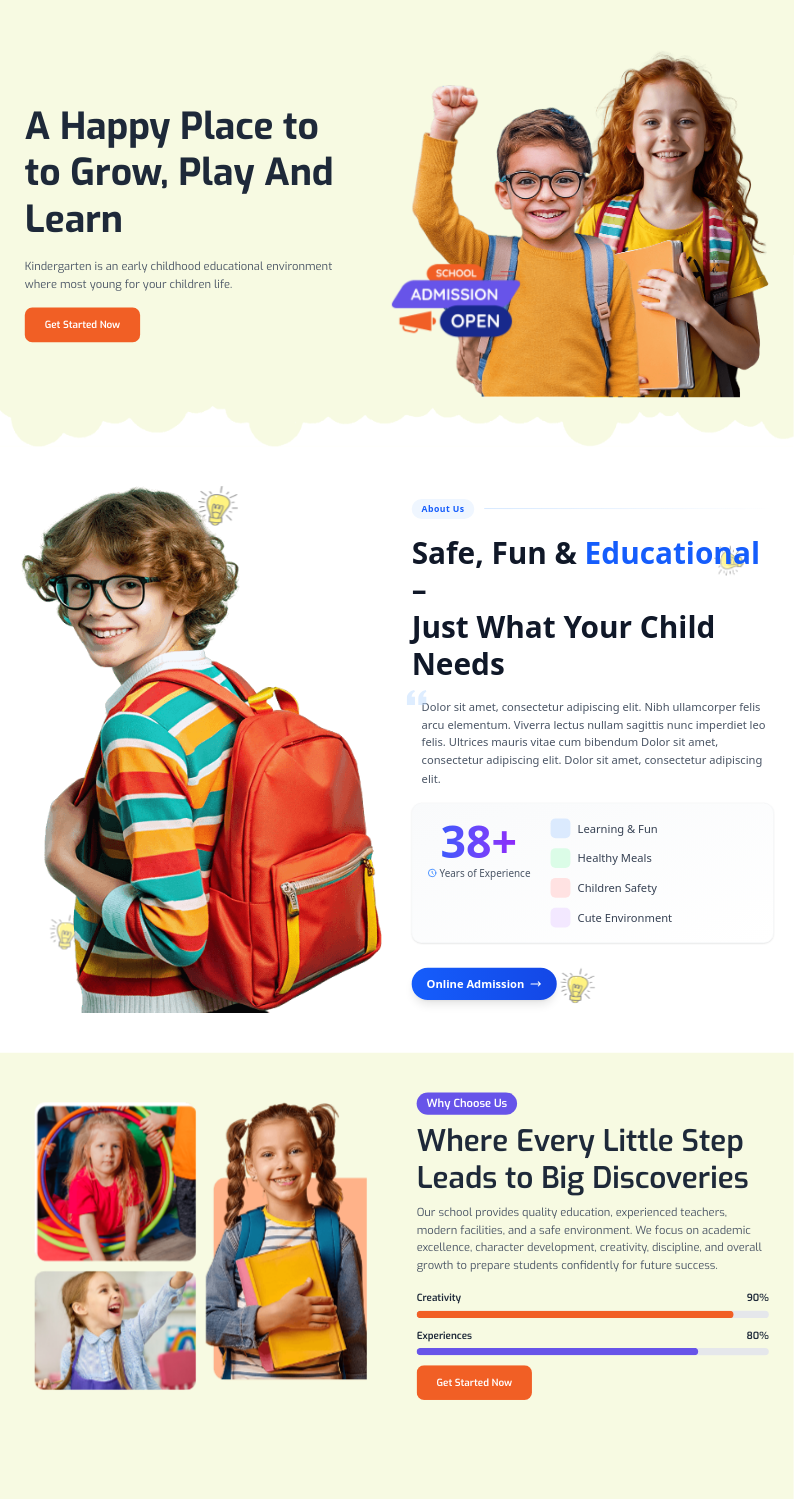
Repository: deepak445566/school
Page: / (app in okwork/)
An editor plug-in stored every save of this project. The page is shown before and after the next save, followed by the edit.
The browser window is 1280 px wide. The pictures show the whole page, at 62% of full size.
Some web fonts or font styles are not loaded; a fallback is used. The project was rebuilt for these pictures with package versions that can differ from the ones it lists, and the page was loaded fresh each time. Some packages were replaced by stand-ins written for this rebuild. Also part of the build but not shown: okwork/vite.config.js.

Above is the page before, as saved 2026-02-18 19:01:21.

After the next save:
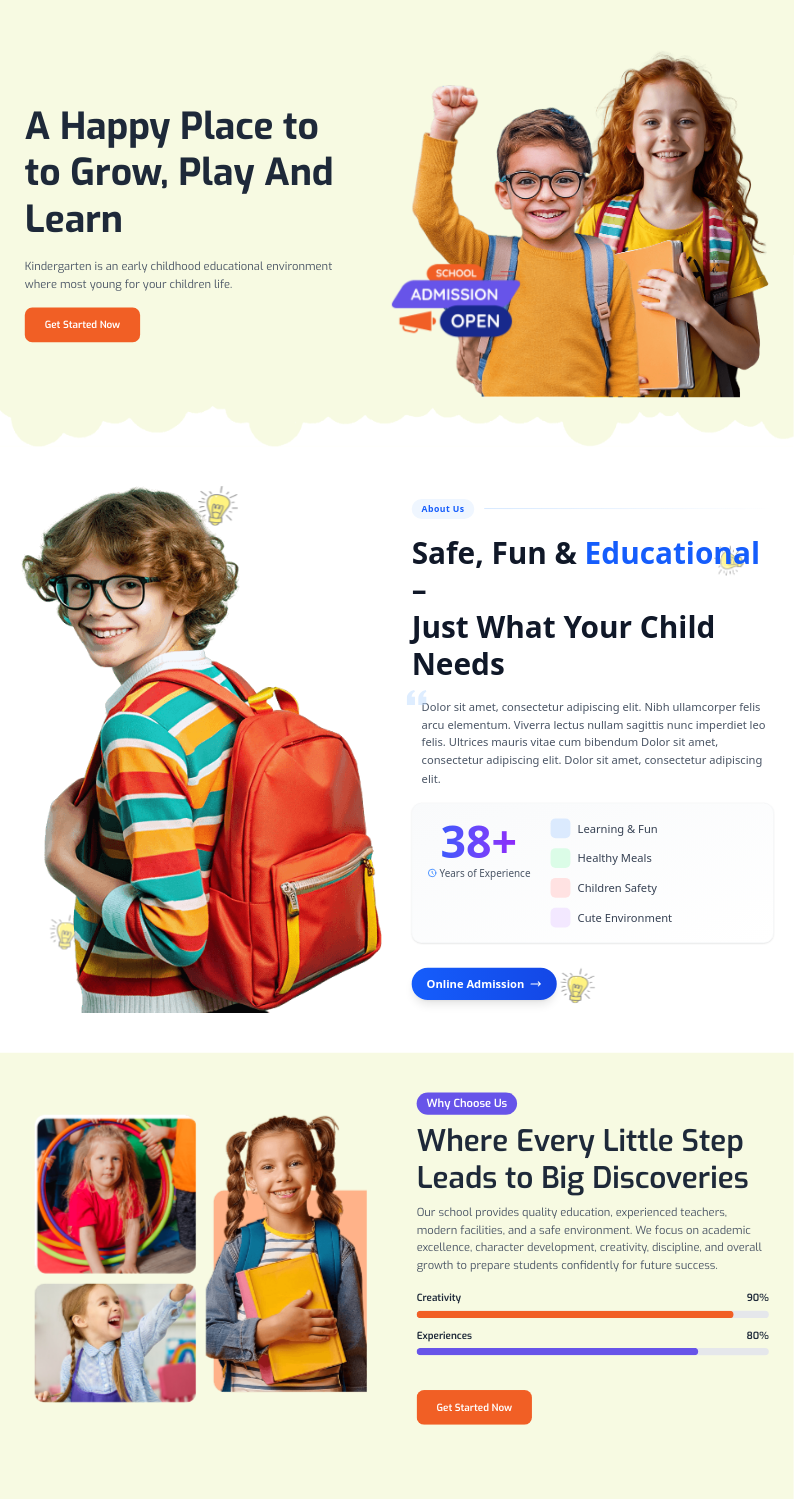
Saved 16 s later.
--- a/okwork/src/components/WhyChooseUs.jsx
+++ b/okwork/src/components/WhyChooseUs.jsx
@@ -95,7 +95,7 @@ const WhyChooseUs = () => {
                   </div>
                 </div>
               </div>
-               <button className="group relative px-8 py-4 bg-[#F15F25] text-white font-semibold rounded-xl float hover:shadow-xl hover:transform hover:-translate-y-1 transition-all duration-300 ease-in-out">
+               <button className="group relative px-8 py-4 bg-[#F15F25] text-white font-semibold rounded-xl float hover:shadow-xl hover:transform hover:-translate-y-1 transition-all duration-300 ease-in-out mt-10">
                 <span className="relative z-10">Get Started Now</span>
               </button>
             </div>
